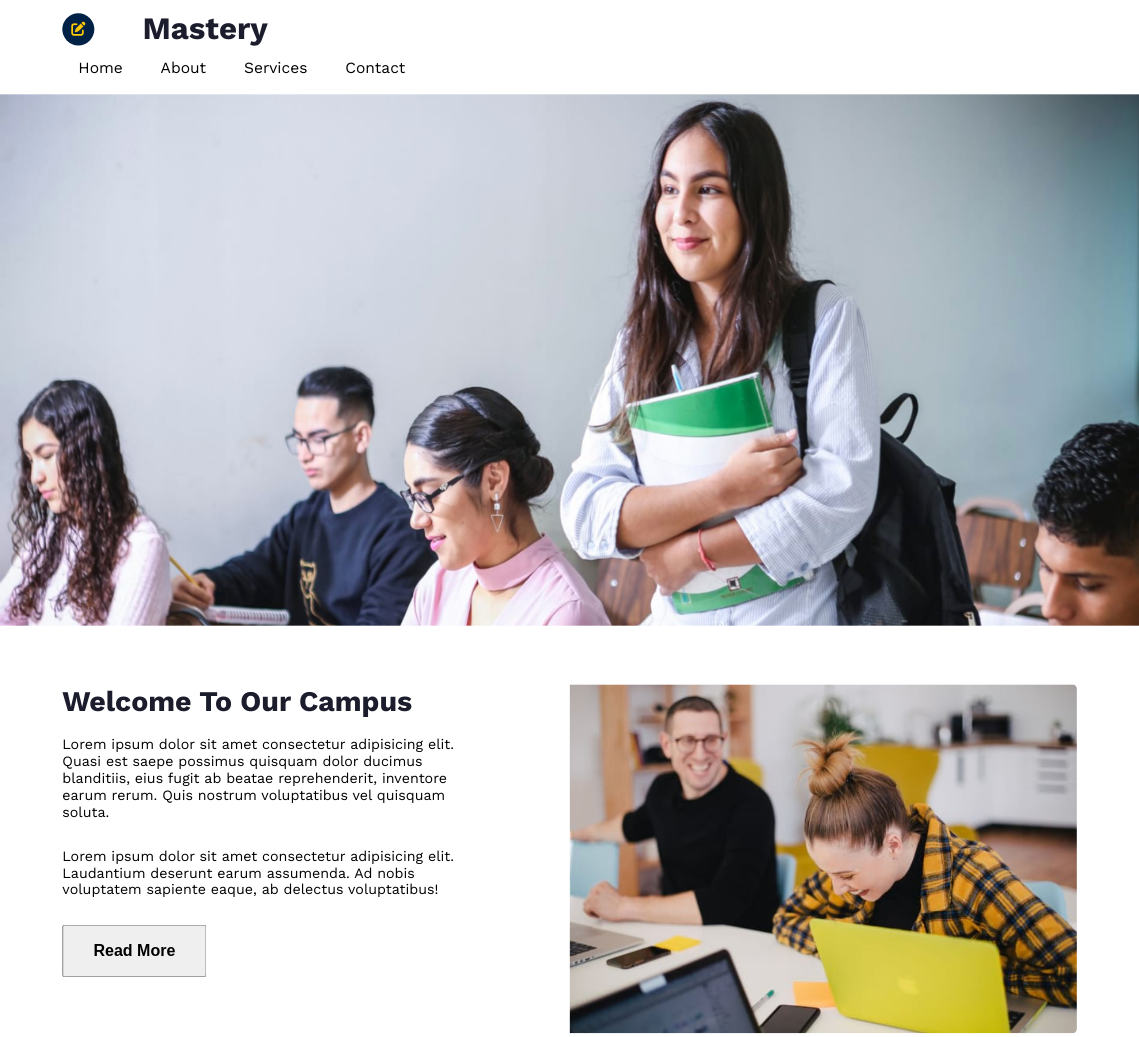
Repository: giahuy405/BC38__Mastery__Pham_Gia_Huy
Page: index.html
The author's editor kept a copy of each file at every save. The page is drawn from the files as they stood at one save, then again after the next save.
The browser window is 1280 px wide. The pictures show the whole page, at 89% of full size.

Above is the page before, as saved 2022-09-09 16:53:31.

After the next save:
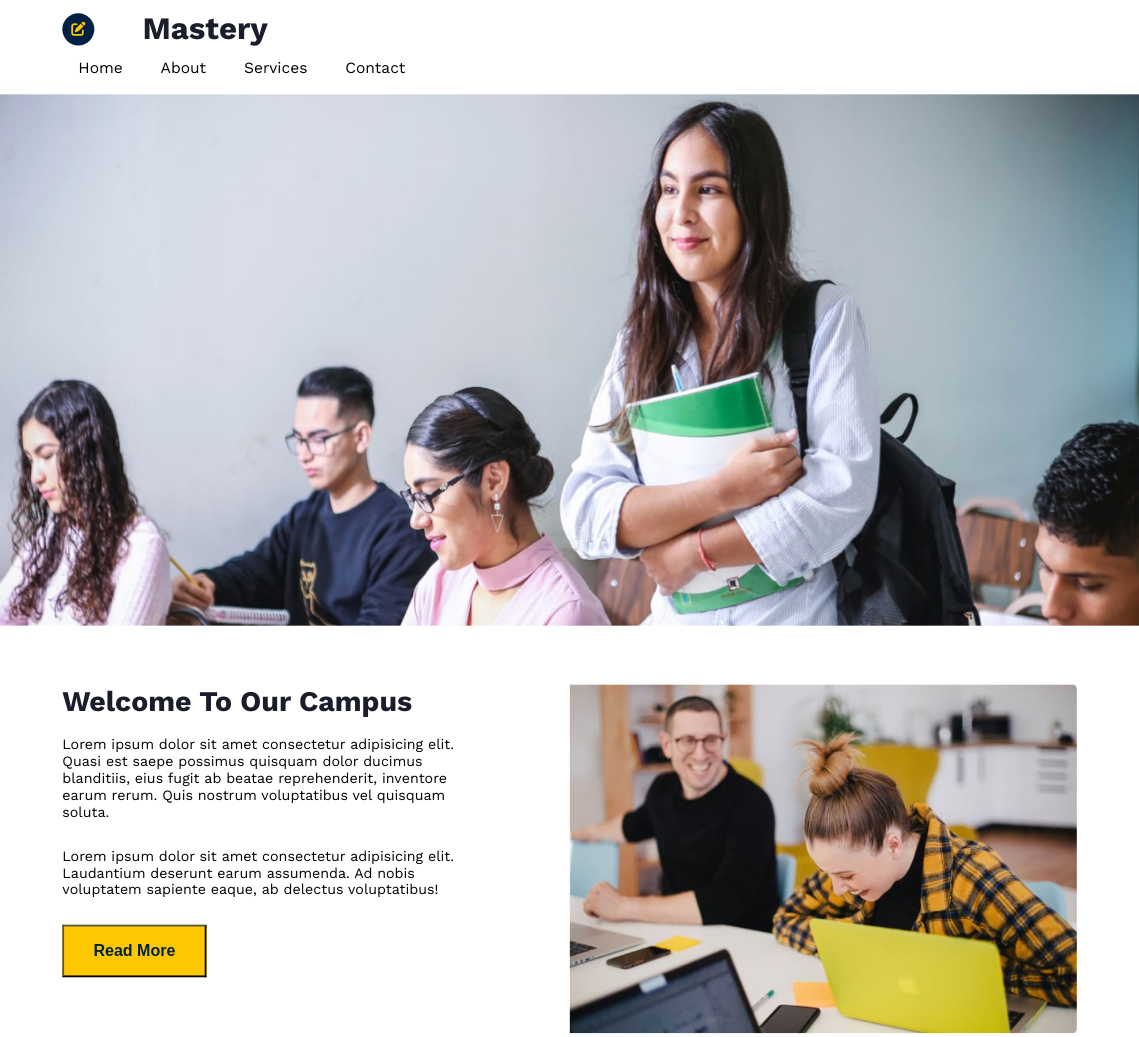
Saved 8 s later.
--- a/index.css
+++ b/index.css
@@ -198,6 +198,8 @@ height: 597px;
     padding: 17px 33px;
     font-size: 18px;
     font-weight:700;
+    color: #002146;
+    background-color: #fdc800;
 }
 .welcome__content,.welcome__img{
     width: 50%;
